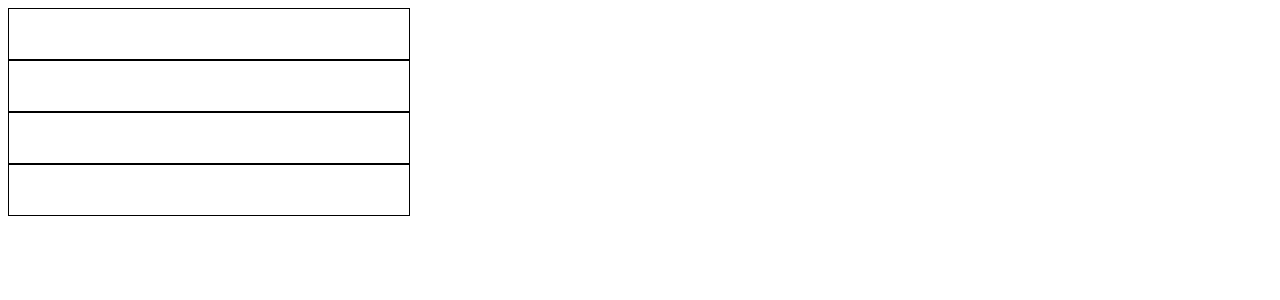
Repository: dudadab/Hhyundaiezwel_Academy
Page: CSS01/src/main/webapp/16_first-child.html
An editor plug-in stored every save of this project. The page is shown before and after the next save, followed by the edit.
The browser window is 1280 px wide. The pictures show the whole page.

Above is the page before, as saved 2025-07-02 04:27:52.

### CSS01/src/main/webapp/16_first-child.html
<!DOCTYPE html>
<html>
<head>
<meta charset="UTF-8">
<title>first-child 선택자</title>
	<style type="text/css">
	#content div { /*content의 모든 자손 div*/
		width:400px;
		height:50px;
		border:solid 1px black;
	}
	</style>
</head>
<body>
	<div id="content">
		<div></div>
		<div></div>
		<div></div>
		<div></div>
	</div>
</body>
</html>

After the next save:
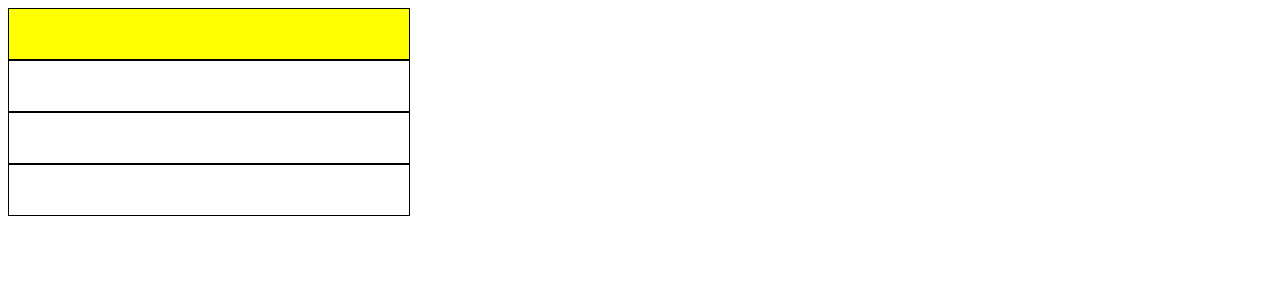
Saved 3 min 51 s later.
--- a/CSS01/src/main/webapp/16_first-child.html
+++ b/CSS01/src/main/webapp/16_first-child.html
@@ -9,6 +9,9 @@
 		height:50px;
 		border:solid 1px black;
 	}
+
+	/*content 내의 첫번째 div를 선택:첫번째 객체의미 선택자 기준태그:first-child*/
+	#content div:first-child {background:yellow;}
 	</style>
 </head>
 <body>
